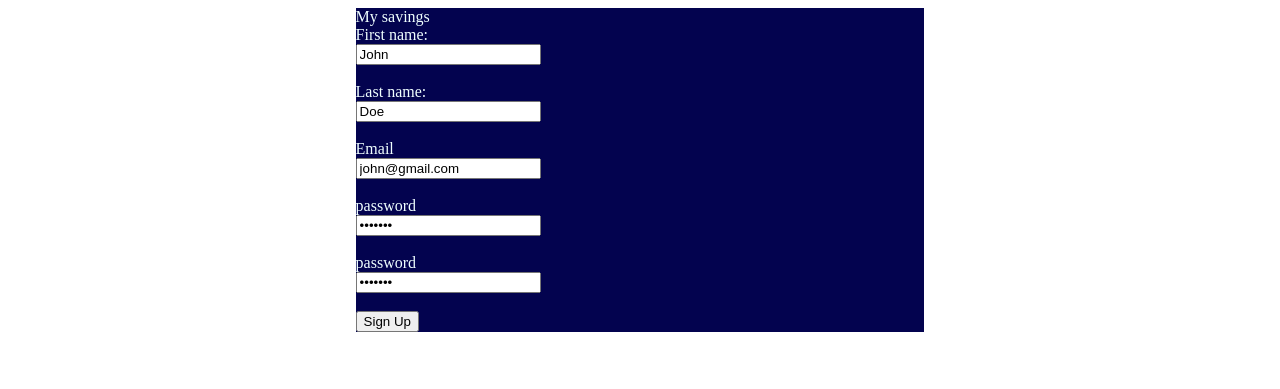
Repository: reemoon-ctrl/hotel-website
Page: mine-form_styling_start.html
The author's editor kept a copy of each file at every save. The page is drawn from the files as they stood at one save, then again after a run of saves.
The browser window is 1280 px wide. The pictures show the whole page.

Above is the page before, as saved 2024-07-20 13:45:50.

### mine-form_styling_start.html
<!DOCTYPE html>
<html lang="en">
<head>
    <meta charset="UTF-8">
    <meta name="viewport" content="width=device-width, initial-scale=1.0">
    <title>Document</title>
<style>
    .form{
        color:azure;
    }
    .container{
        margin: auto;
        background: rgb(3, 3, 79);
        width: 45%;

    }
</style>
</head>

<body>
    <div class="container">
    <form class="form" action="/action_page.php">
        <caption style="text-align:right">My savings</caption><br>
        <label for="fname">First name:</label><br>
        <input type="text" id="fname" name="fname" value="John"><br><br>
        <label for="lname">Last name:</label><br>
        <input type="text" id="lname" name="lname" value="Doe"><br><br>
        <label for="Email ">Email</label><br>
        <input type="text" id="email" name="Email" value="john@gmail.com"><br><br>
        <label for="password">password</label><br>
        <input type="password" id="password" name="password" value="fffffff"><br><br>
        <label for="password">password</label><br>
        <input type="password" id="confirm password" name="confirm password" value="fffffff"><br><br>


        <input type="submit" value="Sign Up">
      </form>
    </div>
</body>
</html>

After the next 2 saves:
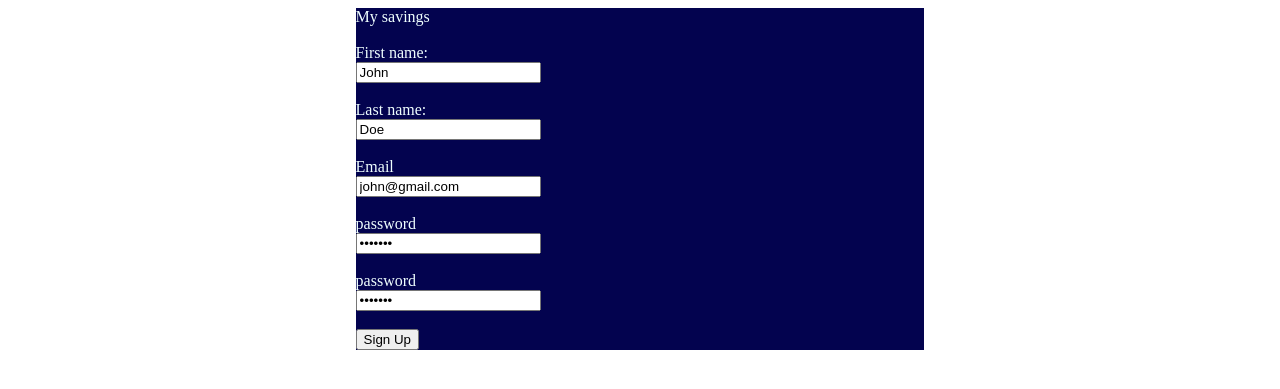
The 2 saves are shown as one change because they came seconds apart.
The last was saved 25 s later.
--- a/mine-form_styling_start.html
+++ b/mine-form_styling_start.html
@@ -20,7 +20,7 @@
 <body>
     <div class="container">
     <form class="form" action="/action_page.php">
-        <caption style="text-align:right">My savings</caption><br>
+        <caption style="text-align:right">My savings</caption><br><br>
         <label for="fname">First name:</label><br>
         <input type="text" id="fname" name="fname" value="John"><br><br>
         <label for="lname">Last name:</label><br>
